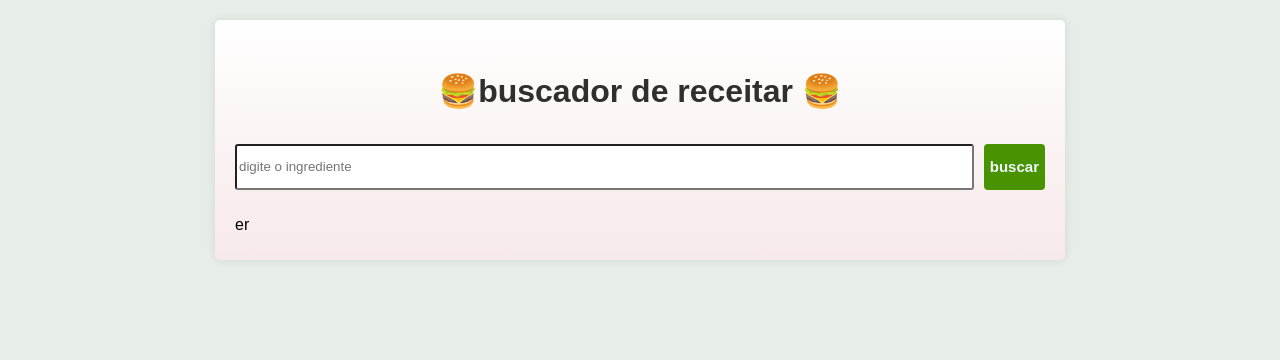
Repository: RoneT9/Receitas
Page: receita.html
An editor plug-in stored every save of this project. The page is shown before and after the next save, followed by the edit.
The browser window is 1280 px wide. The pictures show the whole page.

Above is the page before, as saved 2026-02-11 17:48:29.

### receita.html
<!doctype html>
<html lang="en">
  <head>
    <meta charset="UTF-8" />
    <meta name="viewport" content="width=device-width, initial-scale=1.0" />
    <link rel="stylesheet" href="receita.css" />
    <title>Document</title>
  </head>
  <body>
    <main class="container">
      <h1>buscador de receitar</h1>
      <form class="search-form">
        <input type="text" placeholder="digite o ingrediente" class="seach-ipunt" />
        <button class="btn" type="submit">buscar</button>
      </form>
      <div class="loading">er</div>
      <div class="recipe-list"></div>
      <div class="recipe- details"></div>
    </main>
  </body>
  <script src="receita.js"></script>
</html>

### receita.css
body {
  margin: 0;
  padding: 20px;
  line-height: 1.9;
  font-family: sans-serif;
  background-color: rgb(231, 238, 231);
}

.container {
  width: 810px;
  background: linear-gradient(to top, rgb(247, 233, 233), white);
  margin: 0 auto;
  padding: 20px;
  box-shadow: 0 0 10px rgba(0, 0, 0, 0.1);
  border-radius: 5px;
}

h1 {
  color: rgb(47, 47, 45);
  text-align: center;
}

.search-form {
  display: flex;
  gap: 10px;
  margin-bottom: 20px;
}

.seach-ipunt {
  flex: 1;
  height: 28px;
  outline: none;
  border-radius: 3px;
  height: 40px;
}

.seach-ipunt:focus {
  background-color: rgb(221, 219, 217);
}

.btn {
  padding: 10px 20;
  background-color: rgb(73, 146, 0);
  cursor: pointer;
  border-radius: 4px;
  border: none;
  color: aliceblue;
  font-weight: 600;
  font-size: 15px;
  transition: 0.5s ease-out;
}

.btn:hover {
  background-color: rgb(94, 173, 14);
}

.btn:active {
  transform: scaleX(1.2);
}

h1::before {
  content: "🍔";
  color: brown;
}

h1::after {
  content: " 🍔";
  color: brown;
  object-fit: fill;
}

.recipe-card {
  border: 1px solid #decfcf;
  border-radius: 5px;
  text-align: center;
  cursor: pointer;
  transition: 0.05s;
  width: 400px;
}

.recipe-card img {
  margin: 30px;
  height: 200px;
  width: 250px;
  object-fit: cover;
  border-radius: 5px;
  box-shadow: 0 0 10px rgba(0, 0, 0, 0.1);
  transition: 02s;
}

img:hover {
  transform: scaleX(1.1);
  transform: scaleY(1.1);
}

.recipe-list {
  display: grid;
  grid-template-columns: repeat(auto-fill, minmax(200px, 1fr));
  gap: 3px;
}

### receita.js
//ALGORITMOS

//Saber quando o usuario clicou na receita
//Busca informaçães da receita individual na API
//Colocar a receita individualna tela

//Pegar a informação do input , quando o botão for clicado
const input = document.querySelector(".seach-ipunt");
const form = document.querySelector(".search-form");
const recipelist = document.querySelector(".recipe-list");

form.addEventListener("submit", (e) => {
  e.preventDefault();
  const inputValue = e.target[0].value;
  seachRecipes(inputValue);
});

//Ir ate a API , trazer as receitas
async function seachRecipes(ingredient) {
  const response = await fetch(`https://www.themealdb.com/api/json/v1/1/filter.php?i=${ingredient}`);
  const data = await response.json();
  showRecipe(data.meals);
}

//Colocar as receitas na tela
function showRecipe(recipes) {
  recipelist.innerHTML = recipes
    .map(
      (item) =>
        `
    <div class ="recipe-card">
    <img src = "${item.strMealThumb}" alt = "recipe-photo">
    <h3>${item.strMeal}</h3>
    </div>
    <br/>
    `,
    )
    .join("");
}

After the next save:
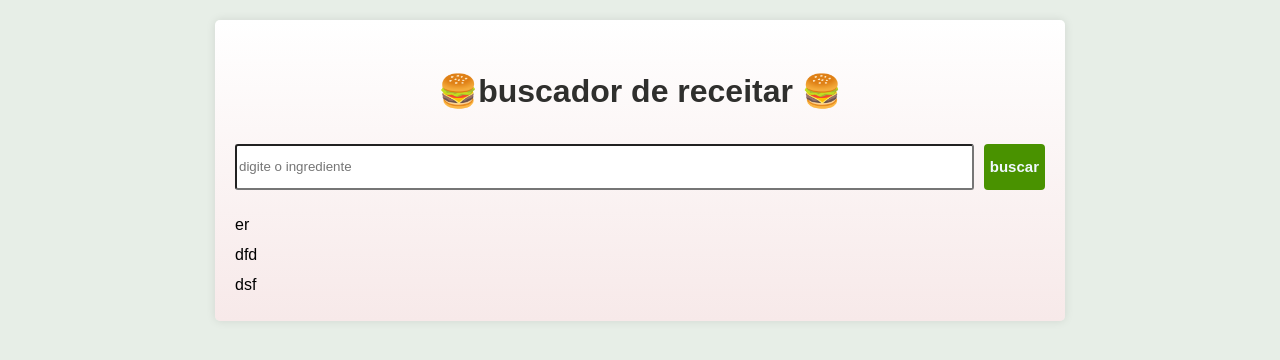
Saved 20 s later.
--- a/receita.html
+++ b/receita.html
@@ -14,8 +14,8 @@
         <button class="btn" type="submit">buscar</button>
       </form>
       <div class="loading">er</div>
-      <div class="recipe-list"></div>
-      <div class="recipe- details"></div>
+      <div class="recipe-list">dfd</div>
+      <div class="recipe- details">dsf</div>
     </main>
   </body>
   <script src="receita.js"></script>
